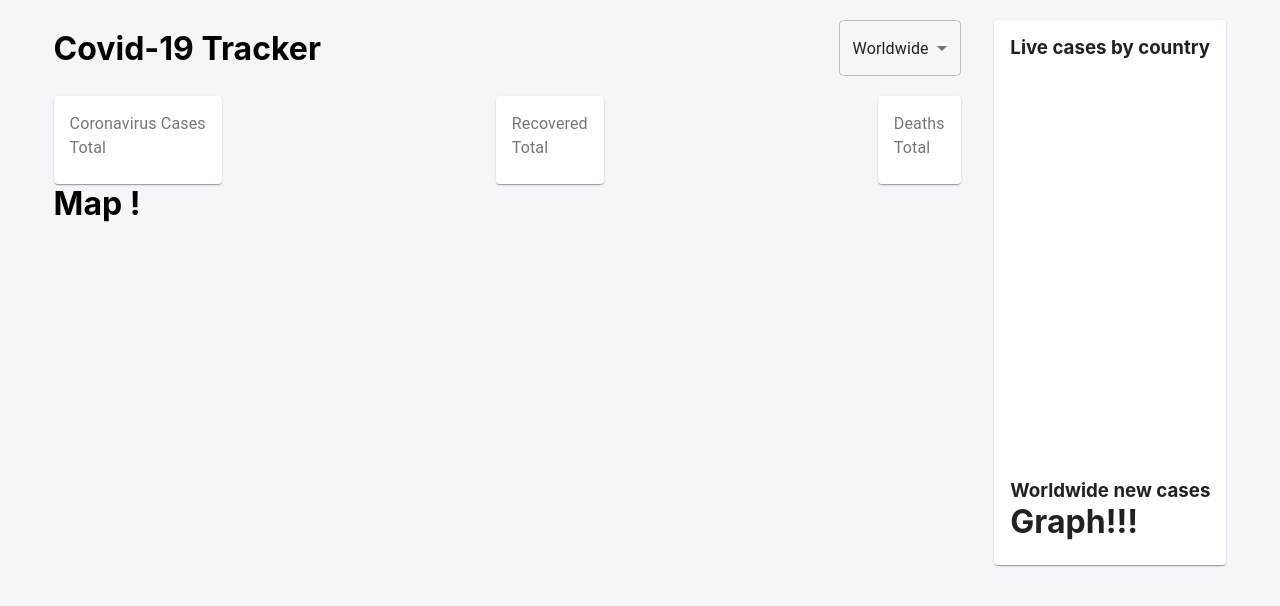
Repository: aashajo/covid-tracker-app-react
Page: /
An editor plug-in stored every save of this project. The page is shown before and after the next save, followed by the edit.
The browser window is 1280 px wide. The pictures show the whole page.
The page's requests for data from a server got no answer. The project was rebuilt for these pictures with package versions that can differ from the ones it lists, and the page was loaded fresh each time. No one was signed in, and anything a server would have sent is missing.

Above is the page before, as saved 2020-08-26 11:10:36.

After the next save:
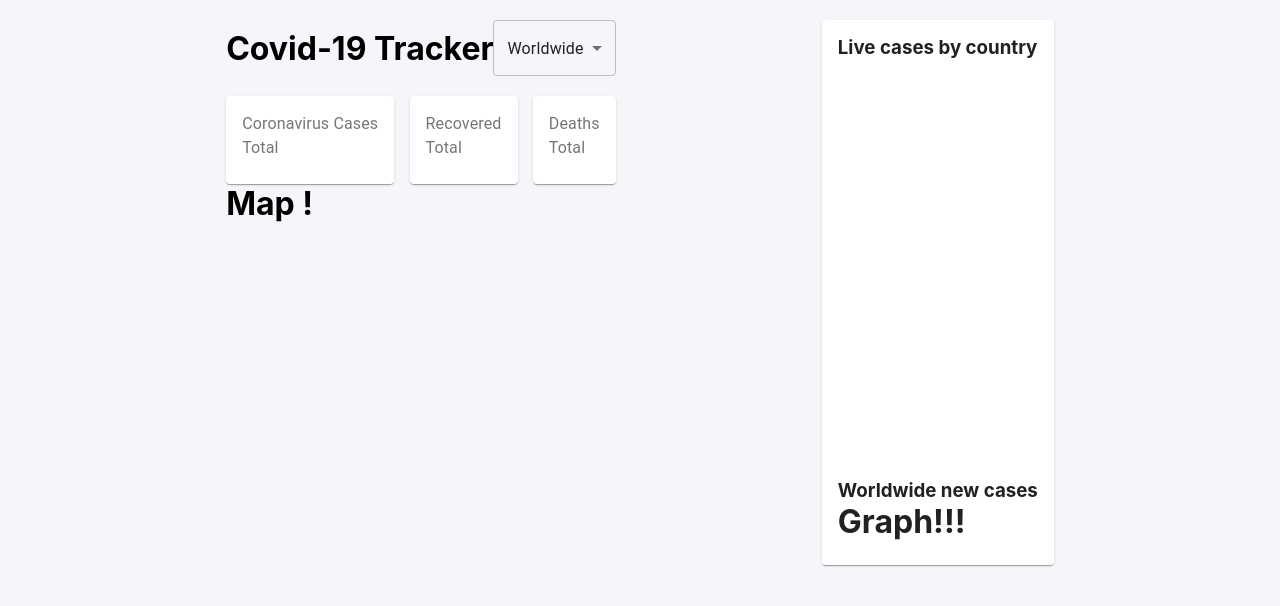
Saved 54 s later.
--- a/src/App.css
+++ b/src/App.css
@@ -21,7 +21,7 @@ body {
 
 .app_left {
   /* 0.9 -> 90% of the screen */
-  flex: 0.9 !important;
+  flex: 0.9 !;
 }
 
 .app_stats {
